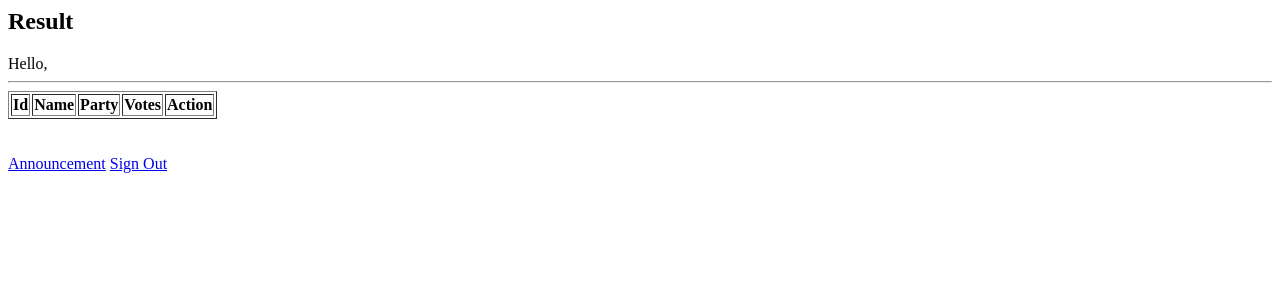
Repository: sunbeam-modular/IIT-08-B-Java
Page: http://localhost/voting_servlet/result
The author's editor kept a copy of each file at every save. The page is drawn from the files as they stood at one save, then again after the next save.
The browser window is 1280 px wide. The pictures show the whole page.
The page is served by Tomcat 10. Queries for data that is not in the repository find no rows.

Above is the page before, as saved 2025-12-23 04:31:21.

After the next save:
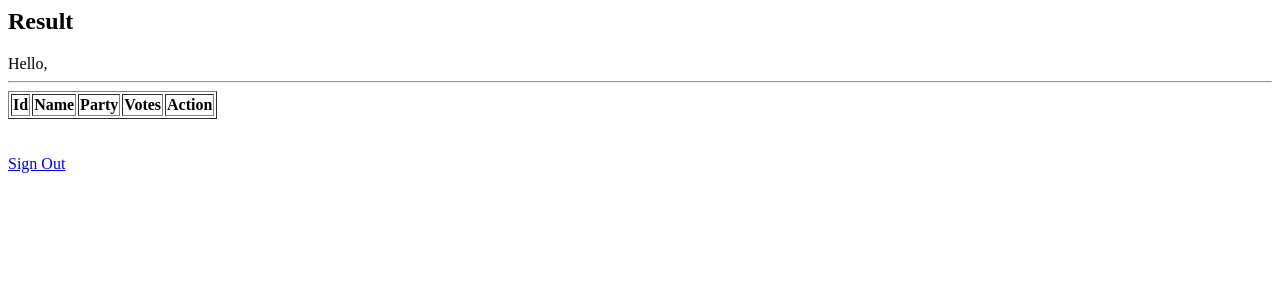
Saved 12 s later.
--- a/Day07/codes/day2/voting_servlet/src/main/java/com/sunbeam/servlets/ResultServlet.java
+++ b/Day07/codes/day2/voting_servlet/src/main/java/com/sunbeam/servlets/ResultServlet.java
@@ -78,11 +78,7 @@ public class ResultServlet extends HttpServlet {
 		}
 		out.println("</table>");
 		out.println("<br/>");
-		String msg = (String) req.getAttribute("msg");
-		if(msg != null)
-			out.println("<p>" + msg + "</p>");
 		out.println("<br/>");
-		out.println("<a href='announce.html'>Announcement</a>");
 		out.println("<a href='logout'>Sign Out</a>");
 		out.println("</body>");
 		out.println("</html>");
